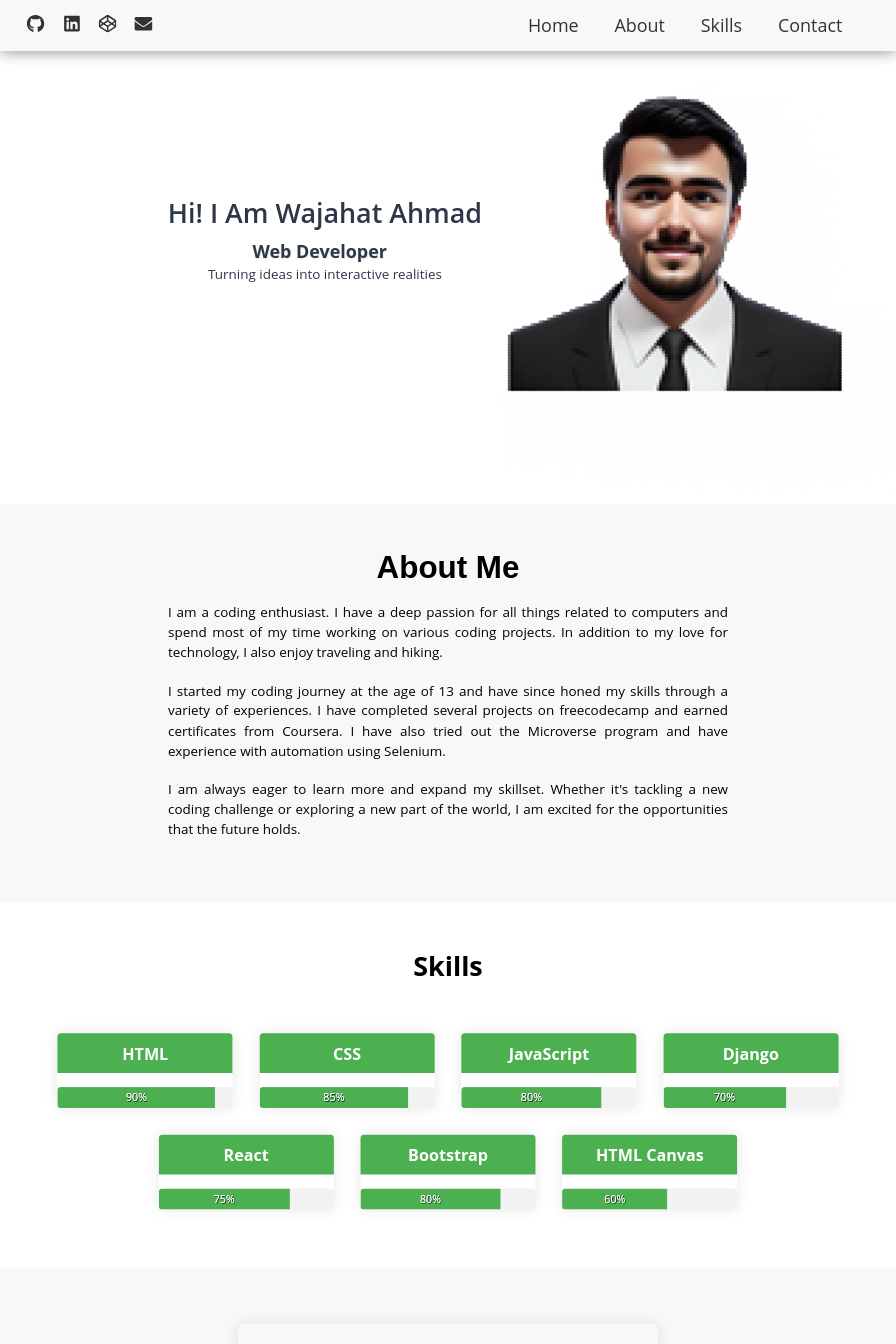
Repository: WajahatKanju/wajahatkanju.github.io
Page: /
The author's editor kept a copy of each file at every save. The page is drawn from the files as they stood at one save, then again after a run of saves.
The browser window is 1280 px wide. The pictures show the part of the page from y = 0 to 1920 px (the page is 2531 px tall before and 3859 px after), at 70% of full size.
The project was rebuilt for these pictures with package versions that can differ from the ones it lists, and the page was loaded fresh each time. Also part of the build but not shown: vite.config.js.

Above is the page before, as saved 2023-05-05 18:37:24.

### index.html
<!DOCTYPE html>
<html lang="en">
  <head>
    <meta charset="UTF-8" />
    <link rel="icon" type="image/svg+xml" href="./src/assets/favicon.svg" />
    <meta name="viewport" content="width=device-width, initial-scale=1.0" />
    <title>Wajahat Ahmad</title>
  </head>
  <body>
    <div id="root"></div>
    <script type="module" src="./src/main.jsx"></script>
  </body>
</html>

### src/App.jsx
import './styles/App.scss'
import Header from "./Header"
import Navigation from './Navigation'
import About from './About'
import ContactForm from './ContactForm'
import Skills from './Skills'

function App() {

  return (
    <>
    <Navigation />
    <Header />
    <About />
    <Skills />
    <ContactForm />
    </>
  )
}

export default App

### src/styles/App.scss
/* Reset */
*, *::before, *::after {
  margin: 0;
  padding: 0;
  box-sizing: border-box;
}

/* Set base font size */
html {
  font-size: 62.5%; /* 1rem = 10px */
}

/* Base styles */
body {
  font-family: 'Open Sans', sans-serif;
  font-size: 1.6rem; /* 16px */
  overflow-x: hidden;
}

section:nth-of-type(2n - 1){
  background-color: #F8F8F8;
}

/* Media queries */
@media screen and (max-width: 599px) {
  /* Small screens */
  body {
    font-size: 1.2rem; /* 12px */
  }
}

@media screen and (min-width: 600px) and (max-width: 991px) {
  /* Mobile and tablet styles */
  body {
    font-size: 1.4rem; /* 14px */
  }
}

@media screen and (min-width: 992px) and (max-width: 1199px) {
  /* Medium desktop styles */
  body {
    font-size: 1.8rem; /* 18px */
  }
}

@media screen and (min-width: 1200px) and (max-width: 1599px) {
  /* Large desktop styles */
  html {
    font-size: 80%; /* 1rem = 8px */
  }
  body {
    font-size: 2rem; /* 20px */
  }
}

@media screen and (min-width: 1600px) {
  /* Extra large desktop styles */
  html {
    font-size: 100%; /* 1rem = 10px */
  }
  body {
    font-size: 2.2rem; /* 22px */
  }
}

### src/Header.jsx
import { useEffect } from "react";
import Typewriter from "typewriter-effect/dist/core";
import "./styles/Header.scss";

import ImageParticleAnimation from "./ImageParticleAnimation";

function Header() {
  useEffect(() => {
    const typewriter = new Typewriter("#typewriter", {
      strings: ["Web Designer", "Web Developer", "Full Stack Developer"],
      loop: true,
      delay: 80,
      autoStart: true,
    });

    typewriter.start();
  }, []);


  return (
    <header className="header">
      <div className="header__left">
        <h1>Hi! I Am Wajahat Ahmad</h1>
        <p id="typewriter"></p>
        <h3>Turning ideas into interactive realities</h3>
      </div>
      <div className="header__right">
        <ImageParticleAnimation />
      </div>
    </header>
  );
}

export default Header;

### src/Navigation.jsx
import { useState } from 'react';
import { FaGithub, FaLinkedin, FaCodepen, FaEnvelope } from 'react-icons/fa';
import './styles/Navigation.scss';

function Navigation() {
  const [menuOpen, setMenuOpen] = useState(false);

  const handleMenuClick = () => {
    setMenuOpen(!menuOpen);
  };
  return (
    <nav className="navigation">

      <div className={`navigation__left`}>
        <a href="https://github.com/WajahatKanju" target="_blank" rel="noopener noreferrer">
          <FaGithub />
        </a>
        <a href="https://www.linkedin.com/in/wajahat-ahmad-5b493b181/" target="_blank" rel="noopener noreferrer">
          <FaLinkedin />
        </a>
        <a href="https://codepen.io/wajahatahmad" target="_blank" rel="noopener noreferrer">
          <FaCodepen />
        </a>
        <a href="mailto:wajahat5ahmad@gmail.com">
          <FaEnvelope />
        </a>
      </div>
      <ul className={`navigation__right ${menuOpen ? 'active' : ''}`}>
        <li> <a href="#">Home </a> </li>
        <li> <a href="#about">About</a></li>
        <li> <a href="#skills">Skills </a></li>
        <li> <a href="#contact">Contact </a></li>
      </ul>
      <div className={`navigation-button ${menuOpen ? '' : 'active'}`} onClick={handleMenuClick}>
        <div className="navigation__menu-icon">
          <div className="navigation__menu-line"></div>
          <div className="navigation__menu-line"></div>
          <div className="navigation__menu-line"></div>
        </div>
      </div>
    </nav>
  );
}

export default Navigation;

### src/About.jsx
import "./styles/About.scss";

function About() {
  return (
    <section className="about"id="about">
      <div className="about__me--container">
        <h2>About Me</h2>
        <p>
          I am a coding enthusiast. I have a deep passion for all things related
          to computers and spend most of my time working on various coding
          projects. In addition to my love for technology, I also enjoy
          traveling and hiking.
        </p>
        <p>
          I started my coding journey at the age of 13 and have since honed my
          skills through a variety of experiences. I have completed several
          projects on freecodecamp and earned certificates from Coursera. I have
          also tried out the Microverse program and have experience with
          automation using Selenium.
        </p>
        <p>
          I am always eager to learn more and expand my skillset. Whether
          it&apos;s tackling a new coding challenge or exploring a new part of
          the world, I am excited for the opportunities that the future holds.
        </p>
      </div>
    </section>
  );
}

export default About;

### src/ContactForm.jsx
import { useState } from "react";

import "./styles/ContactForm.scss";

function ContactForm() {
  const [name, setName] = useState("");
  const [email, setEmail] = useState("");
  const [message, setMessage] = useState("");

  const handleSubmit = (e) => {
    e.preventDefault();
    // handle form submission logic here
  };

  return (
    <section className="contact__form">
      <div className="contact__form__container">
        <h2 className="form__header">Contact Me</h2>
        <form onSubmit={handleSubmit}>
          <label htmlFor="name">Name:</label>
          <input
            type="text"
            id="name"
            name="name"
            value={name}
            onChange={(e) => setName(e.target.value)}
            required
          />

          <label htmlFor="email">Email:</label>
          <input
            type="email"
            id="email"
            name="email"
            value={email}
            onChange={(e) => setEmail(e.target.value)}
            required
          />

          <label htmlFor="message">Message:</label>
          <textarea
            id="message"
            name="message"
            value={message}
            onChange={(e) => setMessage(e.target.value)}
            required
          />

          <button type="submit">Submit</button>
        </form>
      </div>
    </section>
  );
}

export default ContactForm;

### src/Skills.jsx
import "./styles/Skills.scss";

function Skills() {
  return (
    <section className="skills">
      <h2 className="skills__header">Skills</h2>

      <div className="skills__container">
        <div className="skill">
          <h3 className="skill__name">HTML</h3>
          <div className="skill__bar">
            <div className="skill__fill" style={{ width: "90%" }}>
              <span className="skill__percent">90%</span>
            </div>
          </div>
        </div>

        <div className="skill">
          <h3 className="skill__name">CSS</h3>
          <div className="skill__bar">
            <div className="skill__fill" style={{ width: "85%" }}>
              <span className="skill__percent">85%</span>
            </div>
          </div>
        </div>

        <div className="skill">
          <h3 className="skill__name">JavaScript</h3>
          <div className="skill__bar">
            <div className="skill__fill" style={{ width: "80%" }}>
              <span className="skill__percent">80%</span>
            </div>
          </div>
        </div>

        <div className="skill">
          <h3 className="skill__name">Django</h3>
          <div className="skill__bar">
            <div className="skill__fill" style={{ width: "70%" }}>
              <span className="skill__percent">70%</span>
            </div>
          </div>
        </div>

        <div className="skill">
          <h3 className="skill__name">React</h3>
          <div className="skill__bar">
            <div className="skill__fill" style={{ width: "75%" }}>
              <span className="skill__percent">75%</span>
            </div>
          </div>
        </div>

        <div className="skill">
          <h3 className="skill__name">Bootstrap</h3>
          <div className="skill__bar">
            <div className="skill__fill" style={{ width: "80%" }}>
              <span className="skill__percent">80%</span>
            </div>
          </div>
        </div>

        <div className="skill">
          <h3 className="skill__name">HTML Canvas</h3>
          <div className="skill__bar">
            <div className="skill__fill" style={{ width: "60%" }}>
              <span className="skill__percent">60%</span>
            </div>
          </div>
        </div>
      </div>
    </section>
  );
}

export default Skills;

### src/styles/Header.scss
.header {
  display: flex;
  padding: 2rem 5rem;

  justify-content: space-around;
  align-items: center;
  min-height: 100vh;
  color: #2d3748;
  position: relative;
  z-index: 10;

  img{
    display: block;

  }

  &__left {
    h1 {
      font-size: 3rem;
      font-weight: 600;
      text-align: center;
      margin-bottom: 1rem;

      span {
        display: inline-block;

        &.animate__bounce:hover {
          animation-name: jelly;
          animation-duration: 1s;
          animation-fill-mode: both;
          animation-iteration-count: infinite;
        }
      }
    }

    h3 {
      font-size: 1.5rem;
      font-weight: 400;
      text-align: center;
      margin-bottom: 3rem;
    }

    #typewriter {
      text-align: center;
      font-size: 2rem;
      font-weight: bold;
      text-shadow: 0.0625rem 0.0625rem 0.1875rem rgba(0, 0, 0, 0.1);
    }
  }
}


@keyframes jelly {
  0%,
  100% {
    transform: scale(1);
  }
  25% {
    transform: scale(0.9, 1.1);
  }
  50% {
    transform: scale(1.1, 0.9);
  }
  75% {
    transform: scale(0.95, 1.05);
  }
}

### src/ImageParticleAnimation.jsx
import { useEffect, useRef } from "react";
import cartoonMe from "./assets/cartoon.png";

export default function ImageParticleAnimation() {

  // eslint-disable-next-line react-hooks/exhaustive-deps
  const png = new Image();
  png.src = cartoonMe;
  const canvasRef = useRef();

  useEffect(() => {
    const canvas = canvasRef.current;
    const ctx = canvas.getContext("2d");

    canvas.width = innerWidth;
    canvas.height = innerHeight;

    let particleArray = [];

    let mouse = {
      x: null,
      y: null,
      radius: 120,
    };

    window.addEventListener("mousemove", (event) => {
      mouse.x = event.x + canvas.clientLeft / 2;
      mouse.y = event.y + canvas.clientTop / 2;
    });

    function drawImage() {
      let imageWidth = png.width;
      let imageHeight = png.height;
      ctx.drawImage(png, innerWidth / 2, innerHeight / 2);
      const data = ctx.getImageData(0, 0, imageWidth, imageHeight);
      ctx.clearRect(0, 0, canvas.width, canvas.height);

      class Particle {
        constructor(x, y, color, size=1) {
          this.baseX = x + (canvas.width * 0.75 ) - png.width * 2;
          this.baseY = y + (canvas.height * 0.45 ) - png.height * 2;

          this.x = this.baseX + Math.random() * 200 - 25 ;
          this.y = this.baseY + Math.random() * 200 - 25 ;

          this.color = color;
          this.size = size;

          this.density = Math.random() * 10 + 2;
        }

        draw() {
          ctx.fillStyle = this.color;
          ctx.beginPath();
          ctx.arc(this.x, this.y, this.size * 10, 0, Math.PI * 2);
          ctx.closePath();
          ctx.fill();
        }

        update() {
          let dx = mouse.x - this.x;
          let dy = mouse.y - this.y;
          let distance = Math.sqrt(dx * dx + dy * dy);
          let forceDirectionX = dx / distance;
          let forceDirectionY = dy / distance;

          const maxDistance = 100;
          let force = (maxDistance - distance) / (maxDistance * 0.5);
          if (force < 0) force = 0;

          let directionX = forceDirectionX * force * this.density * 0.6;
          let directionY = forceDirectionY * force * this.density * 0.6;

          if (distance < mouse.radius + this.size) {
            this.x -= directionX;
            this.y -= directionY;
          } else {
            if (this.x != this.baseX) {
              let dx = this.x - this.baseX;
              this.x -= dx / 25;
            }
            if (this.y != this.baseY) {
              let dy = this.y - this.baseY;
              this.y -= dy / 25;
            }
          }

          this.draw();
        }
      }

      function init() {
        particleArray = [];

        for (let y = 0, y2 = data.height; y < y2; y++) {
          for (let x = 0, x2 = data.width; x < x2; x++) {
            if (data.data[y * 4 * data.width + x * 4 + 3] > 128) {
              let positionX = x;
              let positionY = y;
              let color = `rgb(${data.data[y * 4 * data.width + x * 4]}, ${
                data.data[y * 4 * data.width + x * 4 + 1]
              }, ${data.data[y * 4 * data.width + x * 4 + 2]} )`;

              particleArray.push(new Particle(positionX * 4 , positionY* 4, color , 0.25));
            }
          }
        }
      }

      function animate() {
        requestAnimationFrame(animate);
        ctx.fillStyle = "rgba(255,255,255, 0.5)";


        ctx.fillRect(0, 0, innerWidth, innerHeight);

        for (let i = 0; i < particleArray.length; i++) {
          particleArray[i].update();
        }
      }
      init();
      animate();

      window.addEventListener("resize", () => {
        canvas.width = innerWidth;
        canvas.height = innerHeight;
        init();
      });
    }

    png.onload = () => {
      console.log("Image loaded");
      ctx.drawImage(png, 0, 0);
      drawImage();
    };
  }, [png]);

  return (
    <>
      <canvas
        ref={canvasRef}
        id="canvas"
        style={{ position: "absolute", top: "0", left: "0", zIndex: '-1', maxWidth: '100vw', maxHeight: '100%' }}
      ></canvas>
    </>
  );
}

### src/styles/About.scss
.about {
  padding: 5rem 0;
  display: flex;
  justify-content: center;

  &__me--container {
    max-width: 800px;
    width: 100%;
    margin: 0 2rem;
  }

  h2 {
    font-family: 'Montserrat', sans-serif;
    font-size: 3.5rem;
    margin-bottom: 2rem;
    text-align: center;
    transition: all 0.3s ease;
  }

  h2:hover {
    color: #FF8C00;
    transform: scale(1.05);
  }

  p {
    font-family: 'Open Sans', sans-serif;
    font-size: 1.5rem;
    line-height: 1.5;
    margin-bottom: 2rem;
    text-align: justify;
  }
}

### src/styles/ContactForm.scss
.contact__form {
  display: flex;
  justify-content: center;
  align-items: center;
  height: 100vh;

  .contact__form__container {
    max-width: 600px;
    width: 100%;
    padding: 3rem;
    border-radius: 10px;
    box-shadow: 0 0 20px rgba(0, 0, 0, 0.1);

    .form__header {
      font-size: 2.5rem;
      font-weight: 700;
      text-align: center;
      margin-bottom: 2rem;
    }

    form {
      display: flex;
      flex-direction: column;

      label {
        font-size: 1.2rem;
        font-weight: 500;
        margin-bottom: 0.5rem;
      }

      input,
      textarea {
        padding: 1rem;
        font-size: 1rem;
        border-radius: 5px;
        border: none;
        margin-bottom: 1.5rem;
        box-shadow: 0 0 5px rgba(0, 0, 0, 0.1);
        transition: box-shadow 0.3s ease-in-out;

        &:focus {
          outline: none;
          box-shadow: 0 0 10px rgba(0, 0, 0, 0.2);
        }
      }

      textarea {
        resize: none;
        height: 150px;
      }

      button[type="submit"] {
        background-color: #4caf50;
        color: #fff;
        font-size: 1.2rem;
        padding: 1rem 2rem;
        border: none;
        border-radius: 5px;
        cursor: pointer;
        transition: background-color 0.3s ease-in-out;

        &:hover {
          background-color: #3e8e41;
        }
      }
    }
  }
}

### src/styles/Skills.scss
.skills {
  padding: 5rem 0;

  &__header {
    font-size: 3rem;
    text-align: center;
    margin-bottom: 4rem;
  }

  &__container {
    display: flex;
    flex-wrap: wrap;
    justify-content: center;
  }

  .skill {
    width: 250px;
    margin: 1.5rem;
    text-align: center;
    border-radius: 5px;
    background-color: #fff;
    box-shadow: 0 0 20px rgba(0, 0, 0, 0.1);
    transition: transform 0.3s ease-in-out;

    &:hover {
      transform: translateY(-25px) scale(1.06);
    }

    &__name {
      font-size: 1.8rem;
      margin-bottom: 1.5rem;
      padding: 1rem;
      background-color: #4caf50;
      color: #fff;
      border-top-left-radius: 5px;
      border-top-right-radius: 5px;
    }

    &__bar {
      height: 30px;
      border-radius: 5px;
      background-color: #f2f2f2;
      overflow: hidden;
      position: relative;
    }

    &__fill {
      position: absolute;
      top: 0;
      left: 0;
      bottom: 0;
      background-color: #4caf50;
      width: 0;
      transition: width 1s ease-in-out;
      display: flex;
      justify-content: center;
      align-items: center;

      &::before {
        content: "";
        position: absolute;
        top: 50%;
        left: 50%;
        transform: translate(-50%, -50%);
        font-size: 1.2rem;
        color: #fff;
        text-shadow: 1px 1px rgba(0, 0, 0, 0.5);
      }
    }

    &__percent {
      font-size: 1.2rem;
      color: #fff;
      text-shadow: 1px 1px rgba(0, 0, 0, 0.5);
    }
  }

  // Set the width of the fill bar based on the percentage
  .skill:nth-child(1) .skill__fill {
    width: 90%;
    &::before {
      content: "90%";
    }
  }

  .skill:nth-child(2) .skill__fill {
    width: 85%;
    &::before {
      content: "85%";
    }
  }

  .skill:nth-child(3) .skill__fill {
    width: 80%;
    &::before {
      content: "80%";
    }
  }

  .skill:nth-child(4) .skill__fill {
    width: 70%;
    &::before {
      content: "70%";
    }
  }

  .skill:nth-child(5) .skill__fill {
    width: 75%;
    &::before {
      content: "75%";
    }
  }

  .skill:nth-child(6) .skill__fill {
    width: 80%;
    &::before {
      content: "80%";
    }
  }

  .skill:nth-child(7) .skill__fill {
    width: 60%;
    &::before {
      content: "60%";
    }
  }
}

### src/Projects.jsx

const Projects = () => {
  const projects = [
    {
      id: 1,
      title: 'Todo List',
      description: 'A simple todo list application that allows users to add and complete tasks.',
      image: 'https://via.placeholder.com/300x200',
      link: 'https://www.example.com/todolist'
    },
    {
      id: 2,
      title: 'Weather App',
      description: 'A weather application that displays current weather conditions for a given location.',
      image: 'https://via.placeholder.com/300x200',
      link: 'https://www.example.com/weatherapp'
    },
    {
      id: 3,
      title: 'E-commerce Store',
      description: 'An online store that allows users to browse and purchase products.',
      image: 'https://via.placeholder.com/300x200',
      link: 'https://www.example.com/ecommerce'
    },
    {
      id: 4,
      title: 'Recipe App',
      description: 'A recipe application that displays a list of recipes and allows users to search and filter them.',
      image: 'https://via.placeholder.com/300x200',
      link: 'https://www.example.com/recipeapp'
    }
  ];

  return (
    <section className="projects">
      <h2>My Projects</h2>
      <div className="project-list">
        {projects.map(project => (
          <div className="project" key={project.id}>
            <img src={project.image} alt={project.title} />
            <h3>{project.title}</h3>
            <p>{project.description}</p>
            <a href={project.link}>View Project</a>
          </div>
        ))}
      </div>
    </section>
  );
};

export default Projects;

Loaded but not shown: src/main.jsx (common file); src/styles/Navigation.scss (273 lines, source omitted)

After the next 2 saves:
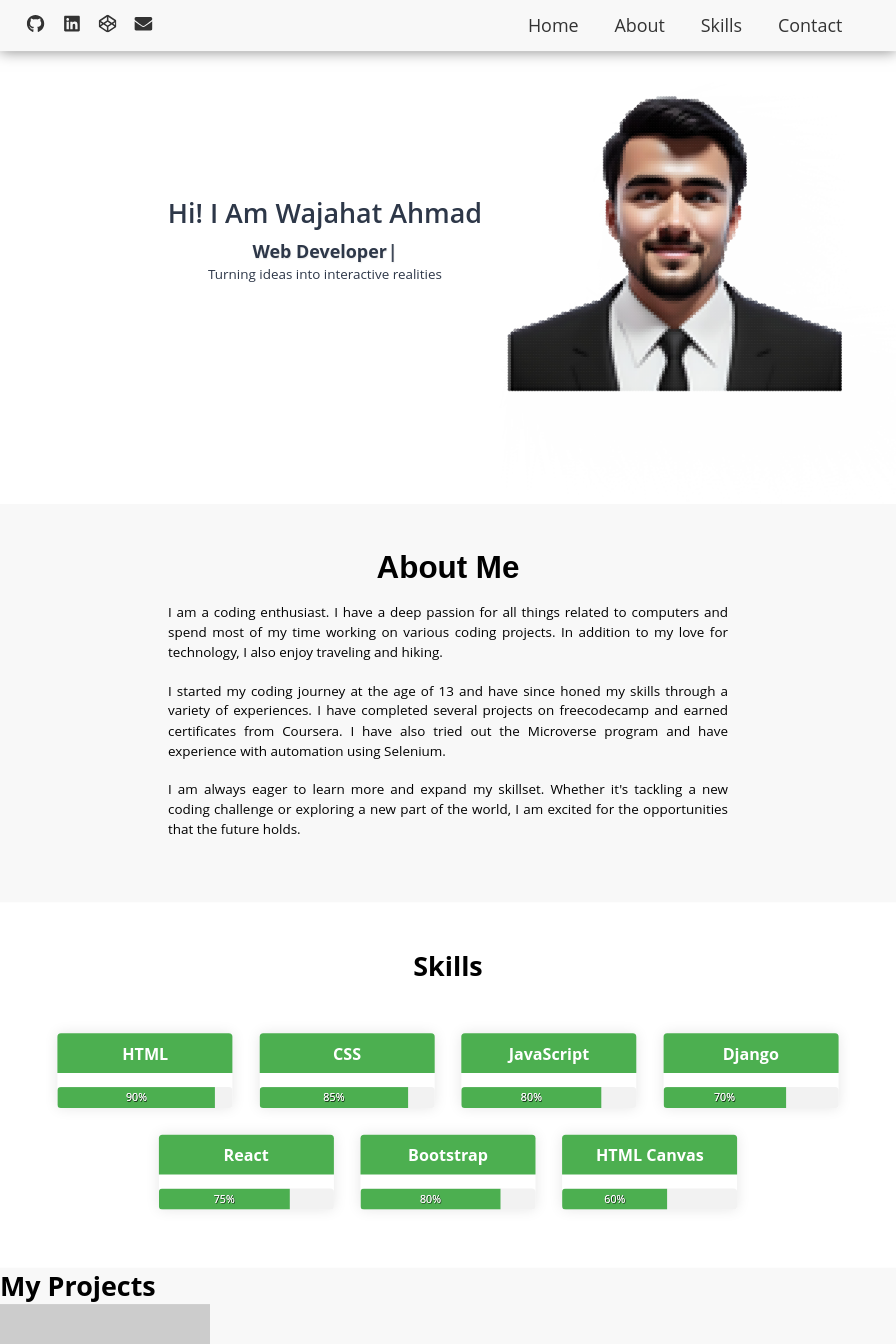
The 2 saves are shown as one change because they came seconds apart.
The last was saved 32 s later.
--- a/src/App.jsx
+++ b/src/App.jsx
@@ -4,6 +4,7 @@ import Navigation from './Navigation'
 import About from './About'
 import ContactForm from './ContactForm'
 import Skills from './Skills'
+import Projects from './Projects'
 
 function App() {
 
@@ -13,6 +14,7 @@ function App() {
     <Header />
     <About />
     <Skills />
+    <Projects />
     <ContactForm />
     </>
   )
